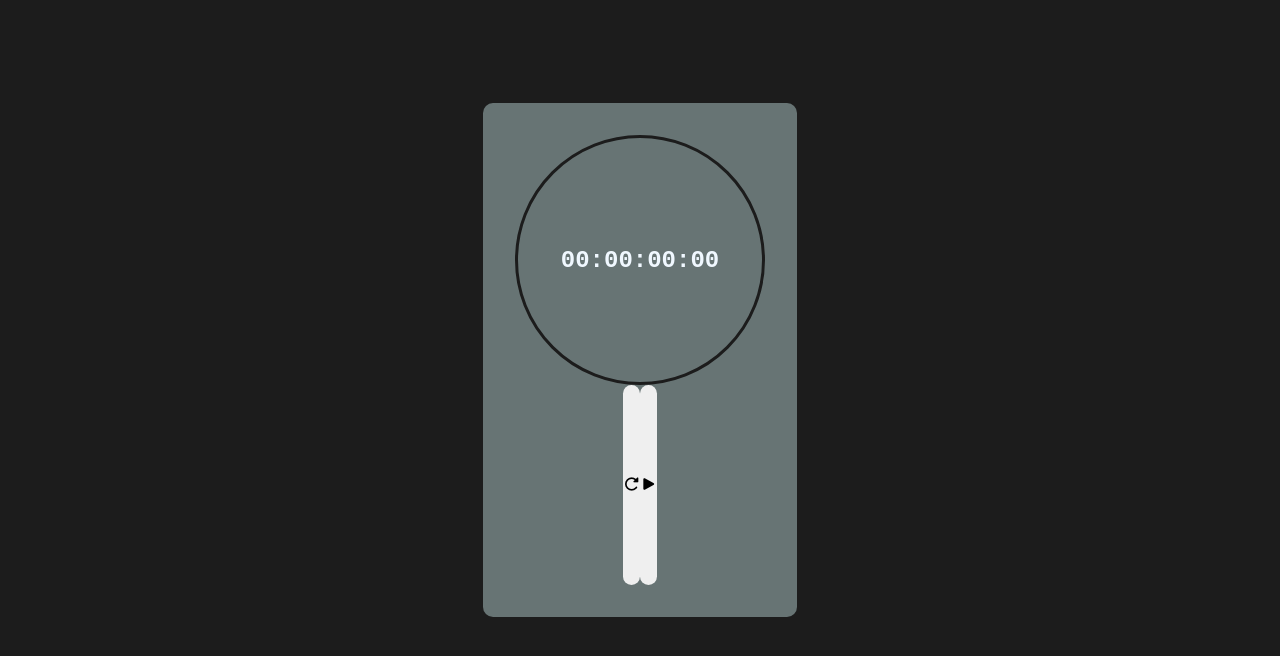
Repository: ValdemarCaculo/TEMPORIZADOR
Page: index.html
These files come from the project's save history. The page is drawn as it stood at one moment and after the next save; the edit follows.
The browser window is 1280 px wide. The pictures show the whole page.
Some web libraries are served in a nearby version.

Above is the page before, as saved 2025-12-06 15:32:04.

After the next save:
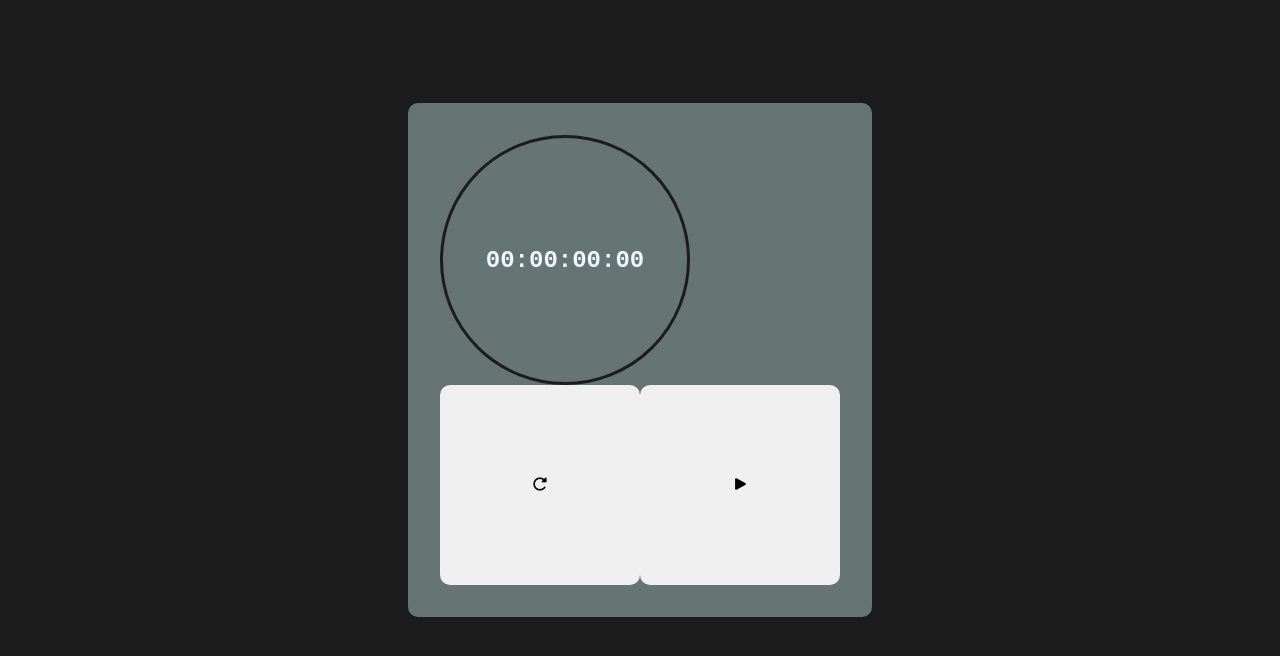
Saved 4 s later.
--- a/CSS/style.css
+++ b/CSS/style.css
@@ -36,7 +36,7 @@ body {
 
 button {
     border-radius: 10px;
-   width: 2p0px;
+   width: 200px;
    height: 200px;
     border: none;
     transition: 3ms ;
